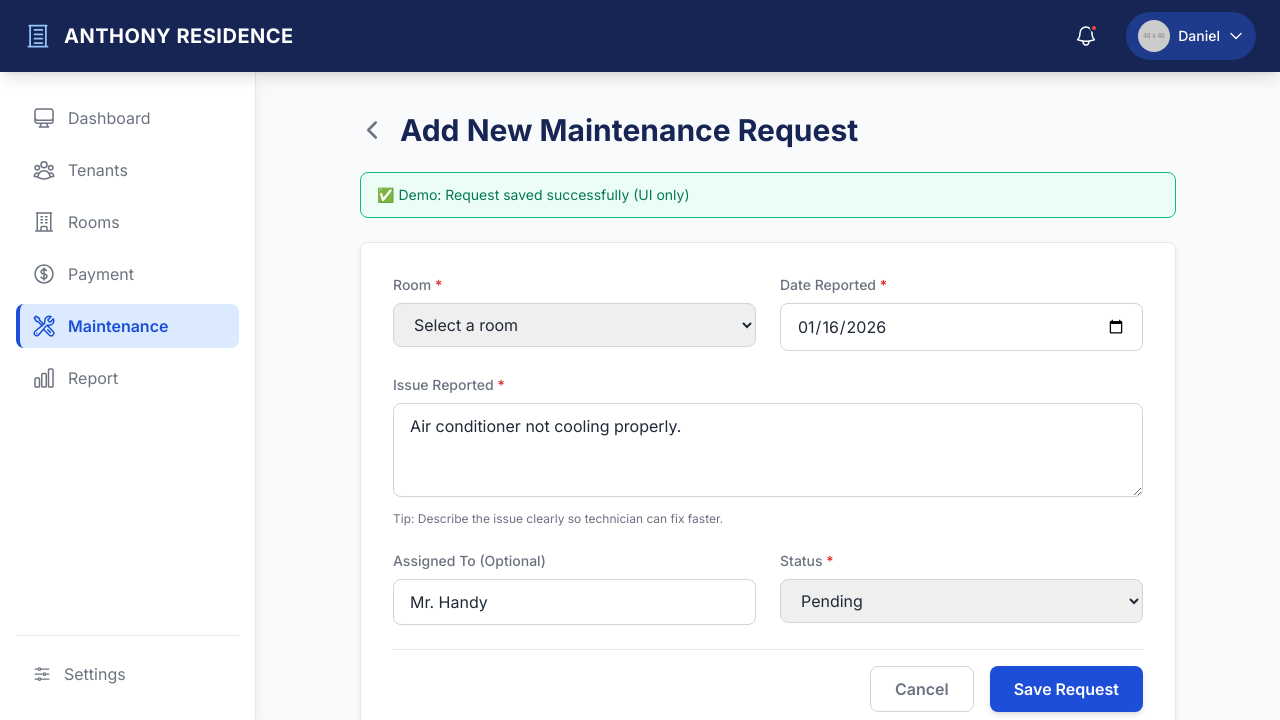
Repository: phyronsoftware-project/Room_Rental_Management_System
Page: http://localhost/maintenance/create
These files come from the project's save history. The page is drawn as it stood at one moment and after a run of saves; the edit follows.
The browser window is 1280 px wide. The pictures show the whole page.
An inner scrolling area shows only its first screen. Some web libraries are served in a nearby version. The page is served by the project's Laravel application, run on PHP 8.4 with Laravel 12.

Above is the page before, as saved 2026-01-16 21:40:38.

After the next 2 saves:
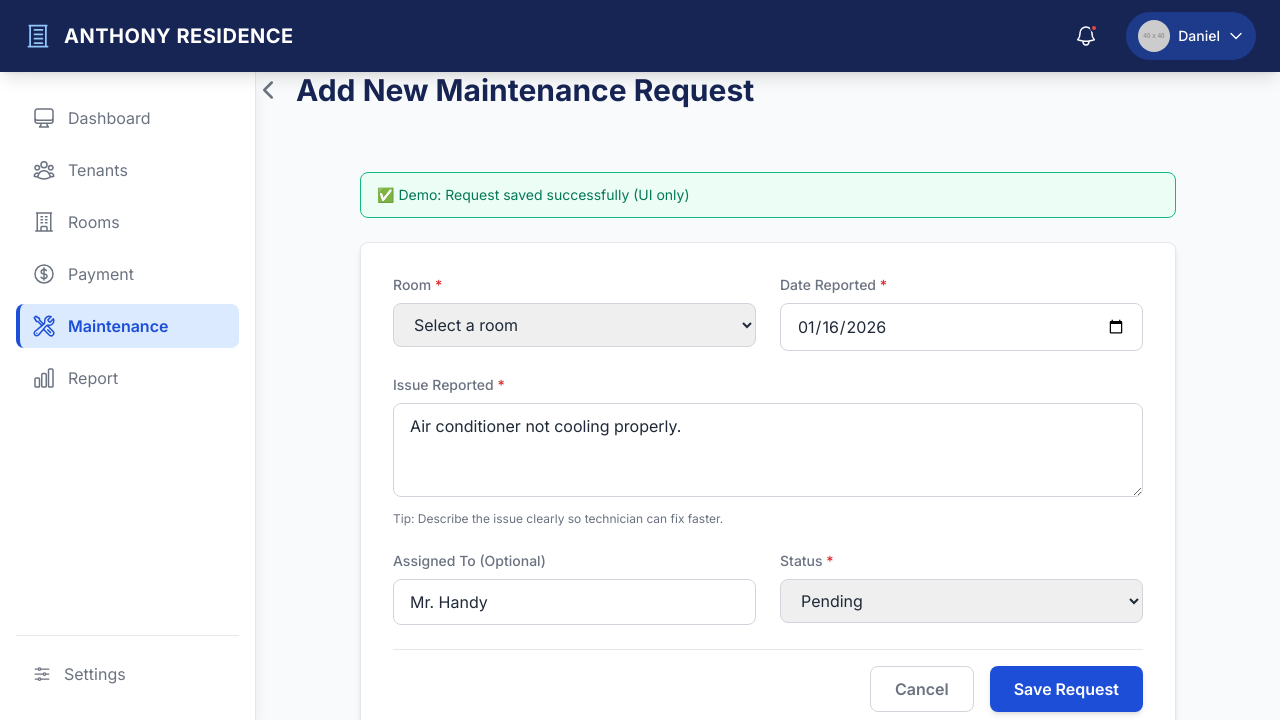
The 2 saves are shown as one change because they came seconds apart.
The last was saved 17 s later.
--- a/resources/views/maintenance/maintenance_create.blade.php
+++ b/resources/views/maintenance/maintenance_create.blade.php
@@ -21,22 +21,23 @@
 
 @section('content')
     <main class="flex-1 overflow-y-auto bg-base">
+        <div class="flex items-center gap-4 mb-6">
+            <a href="{{ route('maintenance.index') }}" class="text-text-mid hover:text-primary transition-colors"
+                aria-label="Back">
+                <svg xmlns="http://www.w3.org/2000/svg" fill="none" viewBox="0 0 24 24" stroke-width="2.5"
+                    stroke="currentColor" class="size-6">
+                    <path stroke-linecap="round" stroke-linejoin="round" d="M15.75 19.5 8.25 12l7.5-7.5" />
+                </svg>
+            </a>
+
+            <div>
+                <h1 class="text-3xl font-bold text-primary-dark">Add New Maintenance Request</h1>
+            </div>
+        </div>
         <div class="p-10 max-w-4xl mx-auto">
 
             {{-- Header --}}
-            <div class="flex items-center gap-4 mb-6">
-                <a href="{{ route('maintenance.index') }}" class="text-text-mid hover:text-primary transition-colors"
-                    aria-label="Back">
-                    <svg xmlns="http://www.w3.org/2000/svg" fill="none" viewBox="0 0 24 24" stroke-width="2.5"
-                        stroke="currentColor" class="size-6">
-                        <path stroke-linecap="round" stroke-linejoin="round" d="M15.75 19.5 8.25 12l7.5-7.5" />
-                    </svg>
-                </a>
 
-                <div>
-                    <h1 class="text-3xl font-bold text-primary-dark">Add New Maintenance Request</h1>
-                </div>
-            </div>
 
             {{-- ✅ Fake Alert (UI only) --}}
             <div class="mb-6 px-4 py-3 rounded-lg text-sm bg-success-light border border-success-dark text-emerald-700">
